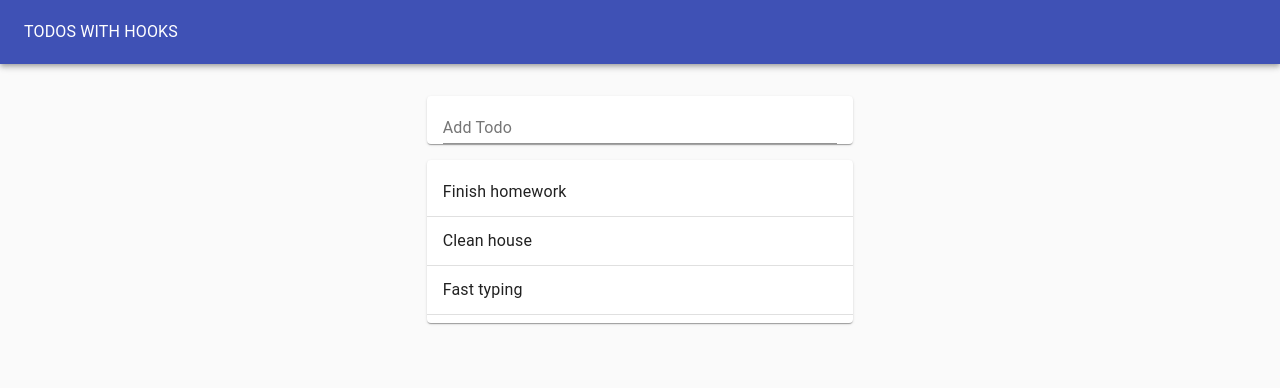
Repository: fulman/todo
Page: /
These files come from the project's save history. The page is drawn as it stood at one moment and after the next save; the edit follows.
The browser window is 1280 px wide. The pictures show the whole page.
The project was rebuilt for these pictures with package versions that can differ from the ones it lists, and the page was loaded fresh each time.

Above is the page before, as saved 2020-09-27 13:20:25.

### src/App.js
import React from "react";
import TodoApp from "./TodoApp";

function App() {
  return <TodoApp />;
}

export default App;

### src/TodoApp.js
import React, { useState } from "react";
import Typography from "@material-ui/core/Typography";
import Paper from "@material-ui/core/Paper";
import AppBar from "@material-ui/core/AppBar";
import Toolbar from "@material-ui/core/Toolbar";
import Grid from "@material-ui/core/Grid";
import TodoList from "./TodoList";
import TodoForm from "./TodoForm";

function TodoApp() {
  const initialTodos = [
    { id: 1, task: "Finish homework", completed: false },
    { id: 2, task: "Clean house", completed: true },
    { id: 3, task: "Fast typing", completed: false },
  ];
  const [todos, setTodos] = useState(initialTodos);
  const addTodo = (newTodoText) => {
    setTodos([...todos, { id: 4, task: newTodoText, completed: false }]);
  };
  return (
    <Paper
      style={{
        padding: 0,
        margin: 0,
        height: "100vh",
        backgroundColor: "#fafafa",
      }}
      elevation={0}
    >
      <AppBar color="primary" position="static" style={{ height: "64px" }}>
        <Toolbar>
          <Typography color="inherit">TODOS WITH HOOKS</Typography>
        </Toolbar>
      </AppBar>
      <Grid container justify="center" style={{ marginTop: "1rem" }}>
        <Grid item xs={11} md={8} lg={4}>
          <TodoForm addTodo={addTodo} />
          <TodoList todos={todos} />
        </Grid>
      </Grid>
    </Paper>
  );
}

export default TodoApp;

### src/TodoList.js
import React from "react";
import Paper from "@material-ui/core/Paper";
import List from "@material-ui/core/List";
import ListItem from "@material-ui/core/ListItem";
import ListItemText from "@material-ui/core/ListItemText";
import Divider from "@material-ui/core/Divider";

function TodoList(props) {
  return (
    <Paper>
      <List>
        {props.todos.map((todo) => (
          <>
            <ListItem>
              <ListItemText>{todo.task}</ListItemText>
            </ListItem>
            <Divider />
          </>
        ))}
      </List>
    </Paper>
  );
}

export default TodoList;

### src/TodoForm.js
import React from "react";
import Paper from "@material-ui/core/Paper";
import TextField from "@material-ui/core/TextField";
import useInputState from "./hooks/useInputState";

function TodoForm({ addTodo }) {
  const [value, handleChange, reset] = useInputState("");
  return (
    <Paper style={{ margin: "1rem 0", padding: "0 1rem" }}>
      <form
        onSubmit={(e) => {
          e.preventDefault();
          addTodo(value);
          reset();
        }}
      >
        <TextField
          value={value}
          label="Add Todo"
          fullWidth
          onChange={handleChange}
        />
      </form>
    </Paper>
  );
}
export default TodoForm;

### src/hooks/useInputState.js
import { useState } from "react";

export default (initialValue) => {
  const [value, setValue] = useState(initialValue);
  const handleChange = (e) => {
    setValue(e.target.value);
  };
  const reset = () => {
    setValue("");
  };
  return [value, handleChange, reset];
};

Loaded but not shown: public/index.html (common file); src/index.js (common file); src/index.css (common file); src/serviceWorker.js (common file)

After the next save:
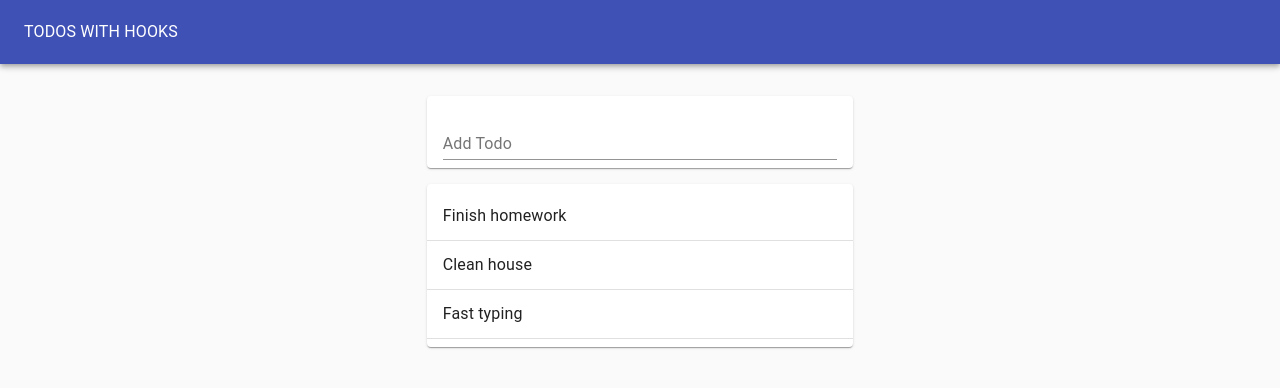
Saved 41 s later.
--- a/src/TodoForm.js
+++ b/src/TodoForm.js
@@ -17,6 +17,7 @@ function TodoForm({ addTodo }) {
         <TextField
           value={value}
           label="Add Todo"
+          margin="normal"
           fullWidth
           onChange={handleChange}
         />
